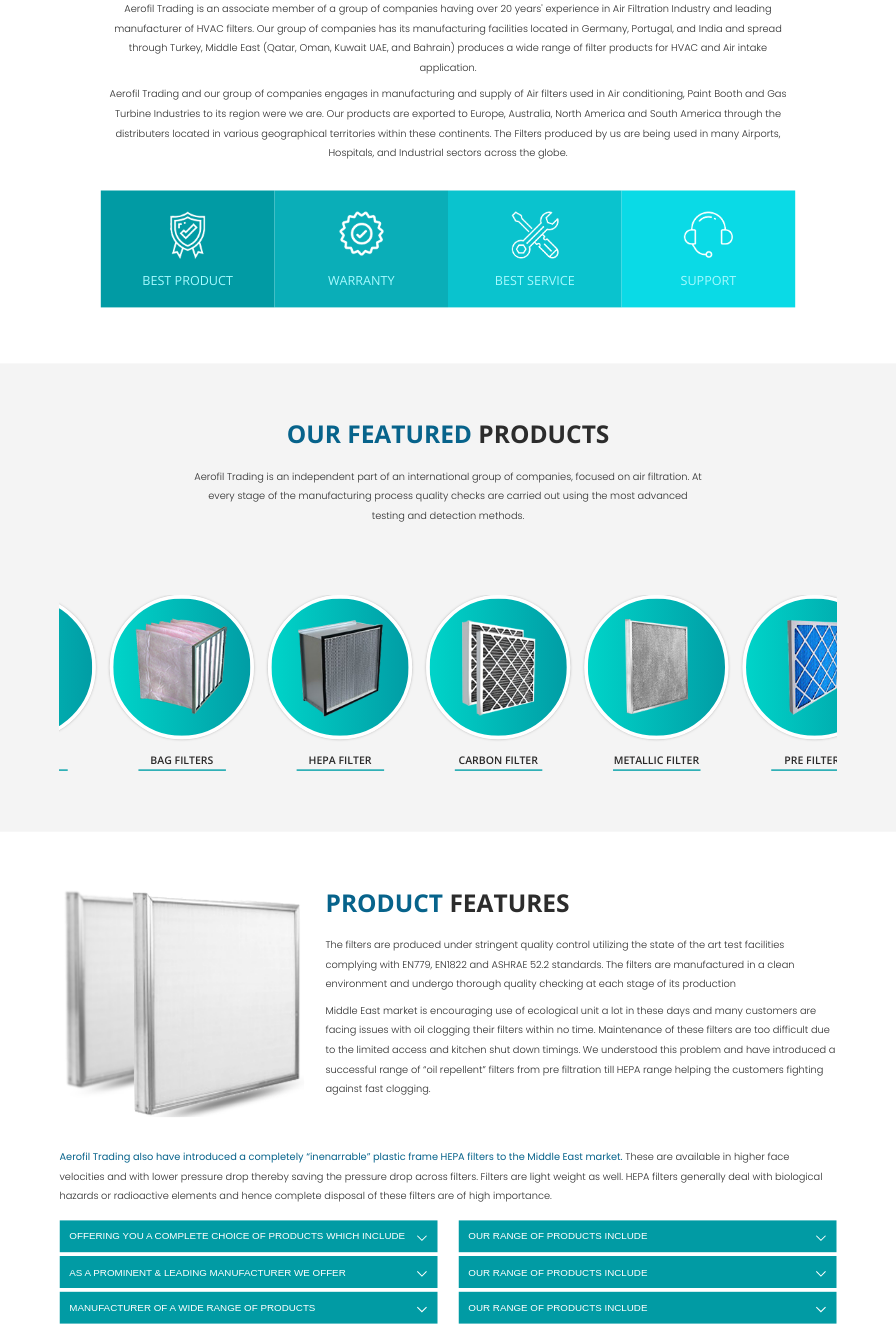
Repository: aslamvrtly/aerofil
Page: index.html
These files come from the project's save history. The page is drawn as it stood at one moment and after a run of saves; the edit follows.
The browser window is 1280 px wide. The pictures show the part of the page from y = 863 to 2783 px (the page is 4488 px tall before and 4638 px after), at 70% of full size.

Above is the page before, as saved 2024-09-04 21:00:21.

After the next 3 saves:
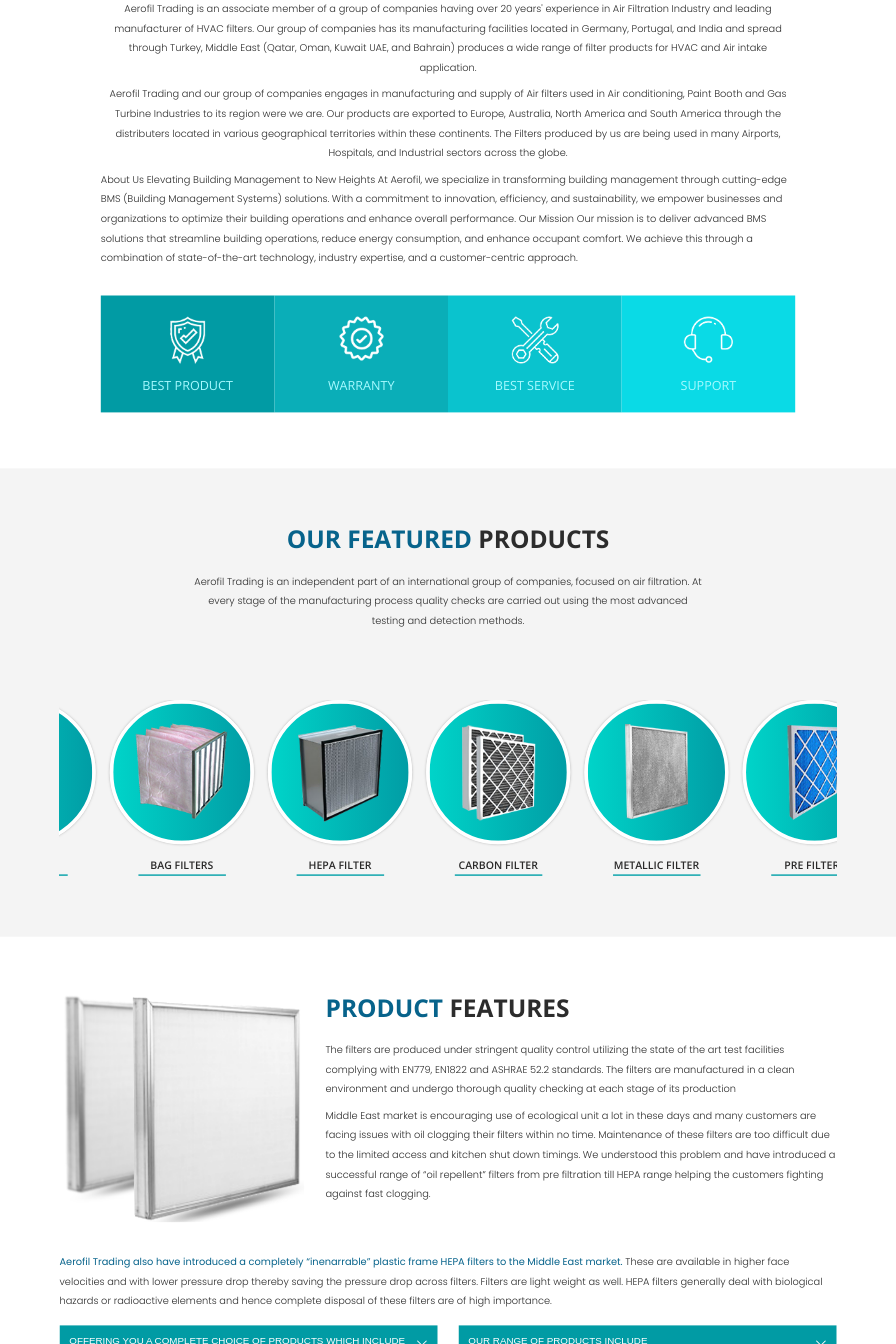
The 3 saves are shown as one change because they came seconds apart.
The last was saved 97 s later.
--- a/index.html
+++ b/index.html
@@ -69,7 +69,8 @@
 									<div class="dropdown-menu" aria-labelledby="dropdownMenuLink">
 										<a class="dropdown-item" href="filters.html">HVAC Filters</a>
 										<a class="dropdown-item" href="switches.html">Switches & Thermostats</a>
-									  <a class="dropdown-item" href="controllers.html">Controllers, Timers & Relays</a>
+										<a class="dropdown-item" href="controllers.html">Controllers, Timers &
+											Relays</a>
 										<a class="dropdown-item" href="equipments.html">Post Printing Equipments</a>
 									</div>
 								</li>
@@ -180,6 +181,17 @@
 						South America through the distributers located in various geographical
 						territories within these continents. The Filters produced by us are being used in many Airports,
 						Hospitals, and Industrial sectors across the globe.</p>
+					<p>About Us
+						Elevating Building Management to New Heights
+						At Aerofil, we specialize in transforming building management through cutting-edge BMS (Building
+						Management Systems) solutions. With a commitment to innovation, efficiency, and sustainability,
+						we empower businesses and organizations to optimize their building operations and enhance
+						overall performance.
+
+						Our Mission
+						Our mission is to deliver advanced BMS solutions that streamline building operations, reduce
+						energy consumption, and enhance occupant comfort. We achieve this through a combination of
+						state-of-the-art technology, industry expertise, and a customer-centric approach.</p>
 					<div class="row no-gutters who">
 						<div class="col-md-3 div-anim">
 							<div class="who1 text-center">
@@ -456,7 +468,8 @@
 						</div>
 						<div class="service-content">
 							<h4>Home Automation</h4>
-							<p>Our home automation seamlessly controls lighting, climate, and security. Enjoy effortless, energy-efficient living with smart, integrated systems.</p>
+							<p>Our home automation seamlessly controls lighting, climate, and security. Enjoy
+								effortless, energy-efficient living with smart, integrated systems.</p>
 						</div>
 					</div>
 				</div>
